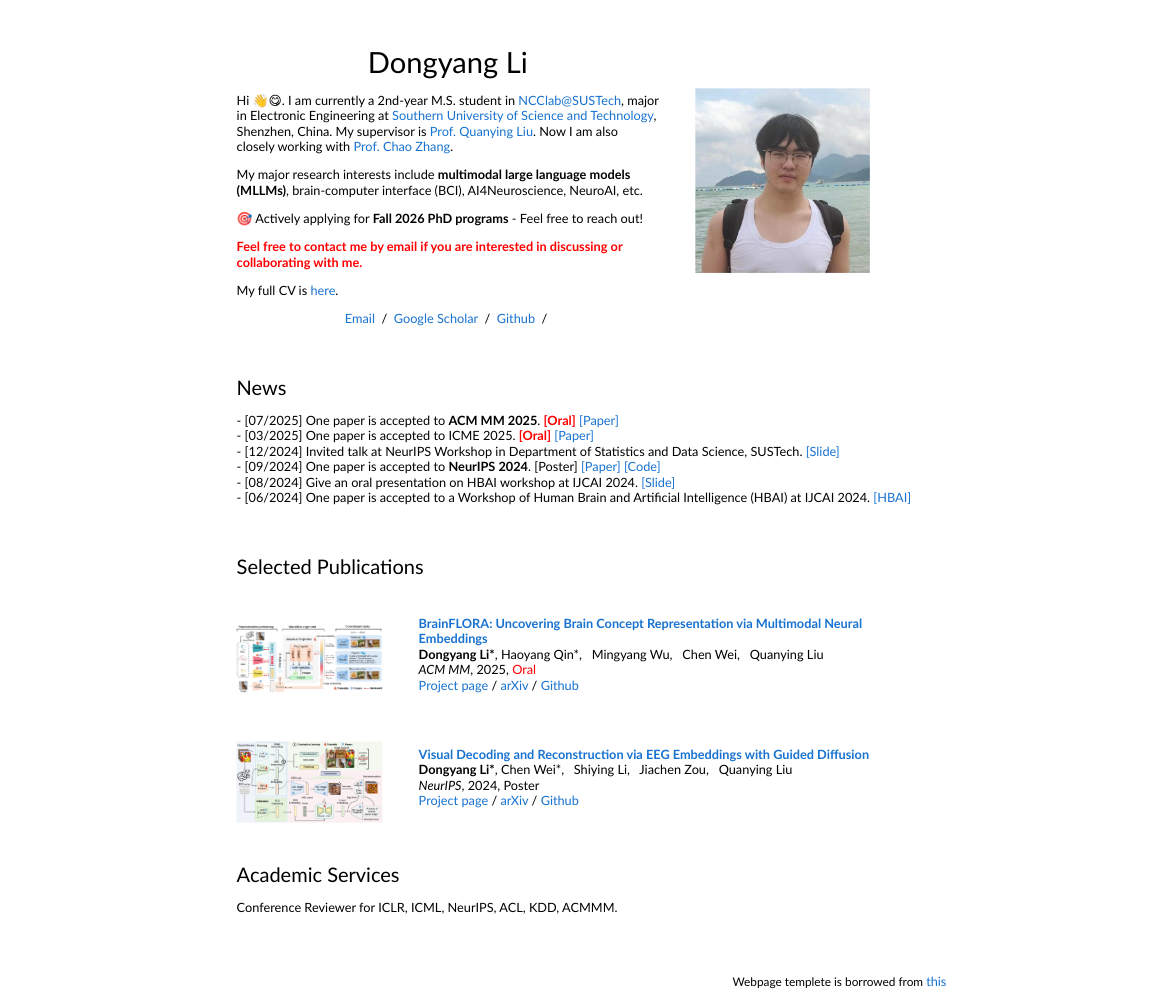
Repository: dongyangli-del/dongyangli-del.github.io
Page: index.html
These files come from the project's save history. The page is drawn as it stood at one moment and after the next save; the edit follows.
The browser window is 1280 px wide. The pictures show the whole page, at 91% of full size.

Above is the page before, as saved 2025-07-12 21:16:19.

After the next save:
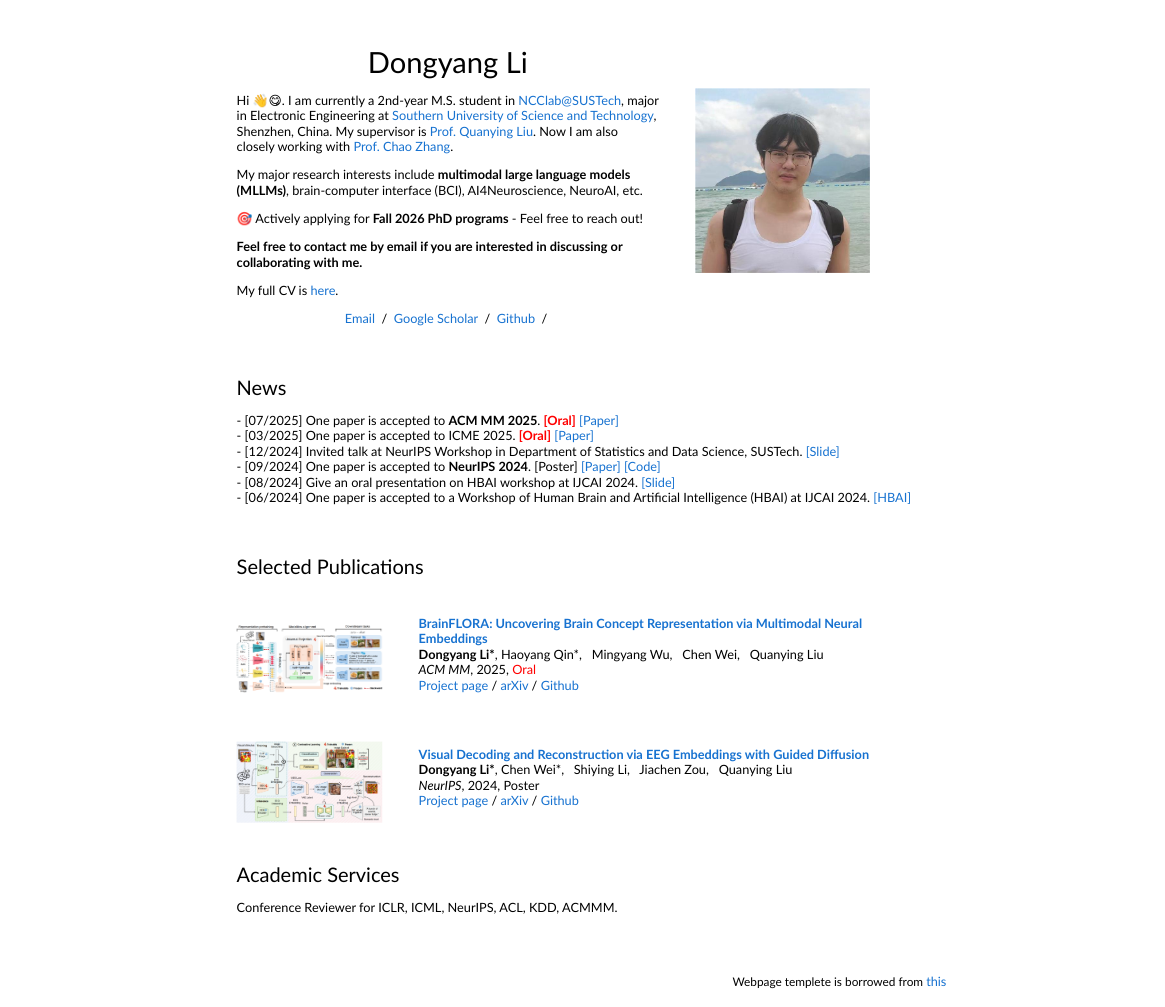
Saved 25 s later.
--- a/index.html
+++ b/index.html
@@ -52,7 +52,7 @@
                 <p>
                   My major research interests include <strong>multimodal large language models (MLLMs)</strong>, brain-computer interface (BCI), AI4Neuroscience, NeuroAI, etc.
                 </p>
-                <p>🎯 Actively applying for <strong>Fall 2026 PhD programs</strong> - Feel free to reach out!</p> <span style="color: red; font-weight: bold;">Feel free to contact me by email if you are interested in discussing or collaborating with me.</span>
+                <p>🎯 Actively applying for <strong>Fall 2026 PhD programs</strong> - Feel free to reach out!</p> <span style="color: black; font-weight: bold;">Feel free to contact me by email if you are interested in discussing or collaborating with me.</span>
 
 
                 <p>
